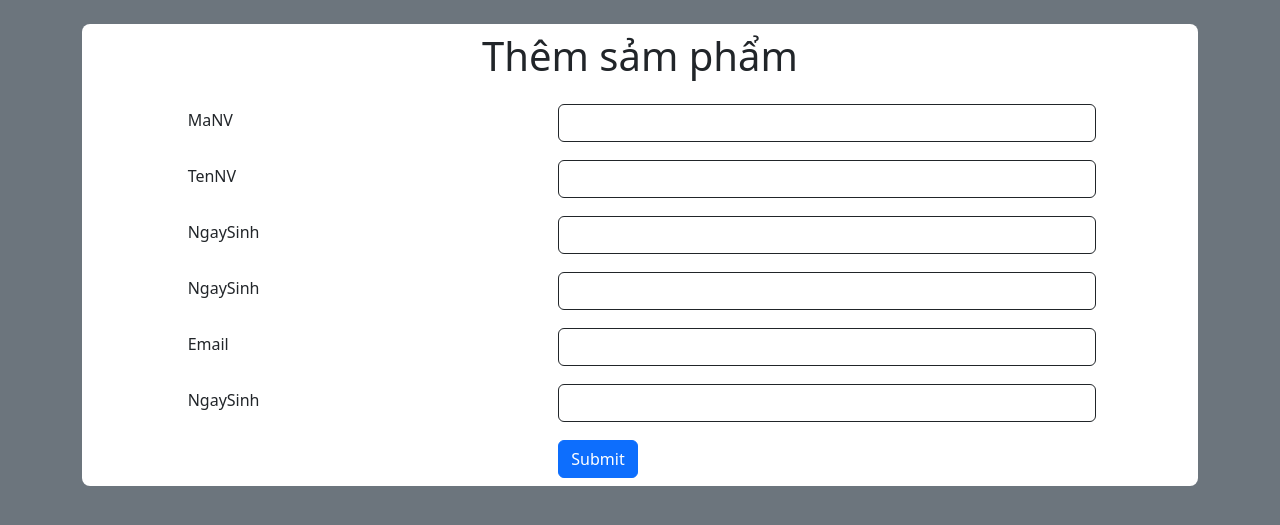
Repository: HT-35/iuh
Page: thi GK/index.html
These files come from the project's save history. The page is drawn as it stood at one moment and after the next save; the edit follows.
The browser window is 1280 px wide. The pictures show the whole page.

Above is the page before, as saved 2024-03-28 07:03:56.

After the next save:
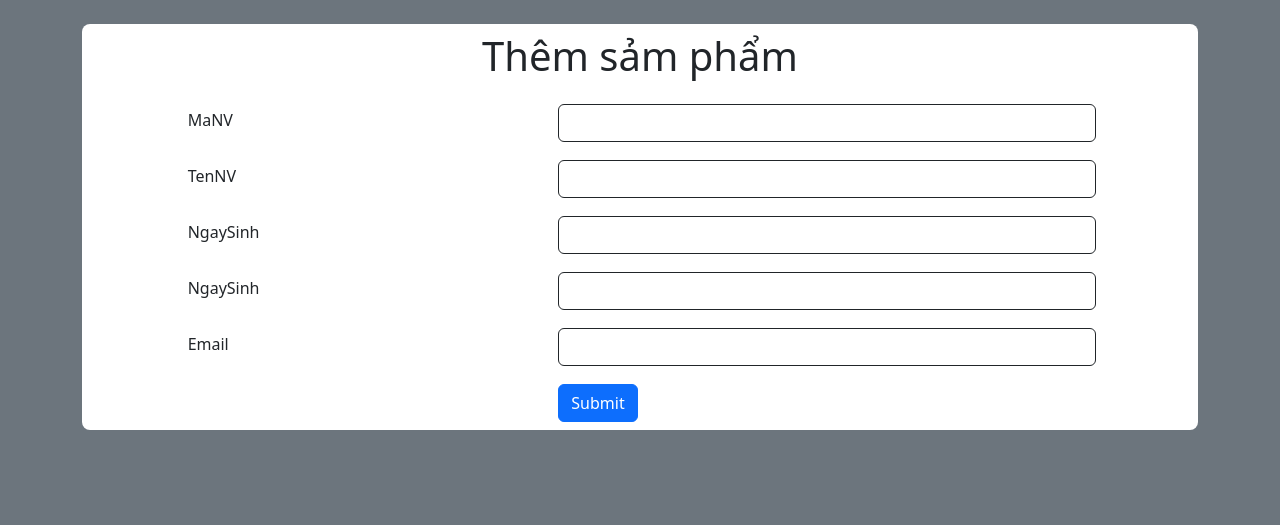
Saved 5 s later.
--- a/thi GK/index.html
+++ b/thi GK/index.html
@@ -81,16 +81,7 @@
             <div class="col-6 col-sm-6 col-md-6 col-lg-6"><input type="number" class="form-control border border-dark"
                 id="price" placeholder="" name="price"></div>
           </div>
-          <div class="mb-3 mt-3 row">
-            <div class="col-0 col-sm-2 col-md-2 col-lg-1  ">
 
-            </div>
-            <div class="col-6 col-sm-4 col-md-4 col-lg-4  ">
-              <label for="price" class="form-label p-1">NgaySinh</label>
-            </div>
-            <div class="col-6 col-sm-6 col-md-6 col-lg-6"><input type="number" class="form-control border border-dark"
-                id="price" placeholder="" name="price"></div>
-          </div>
 
           <div class="row">
             <div class=" col-4 col-sm-5 col-md-5 col-lg-5 "></div>
